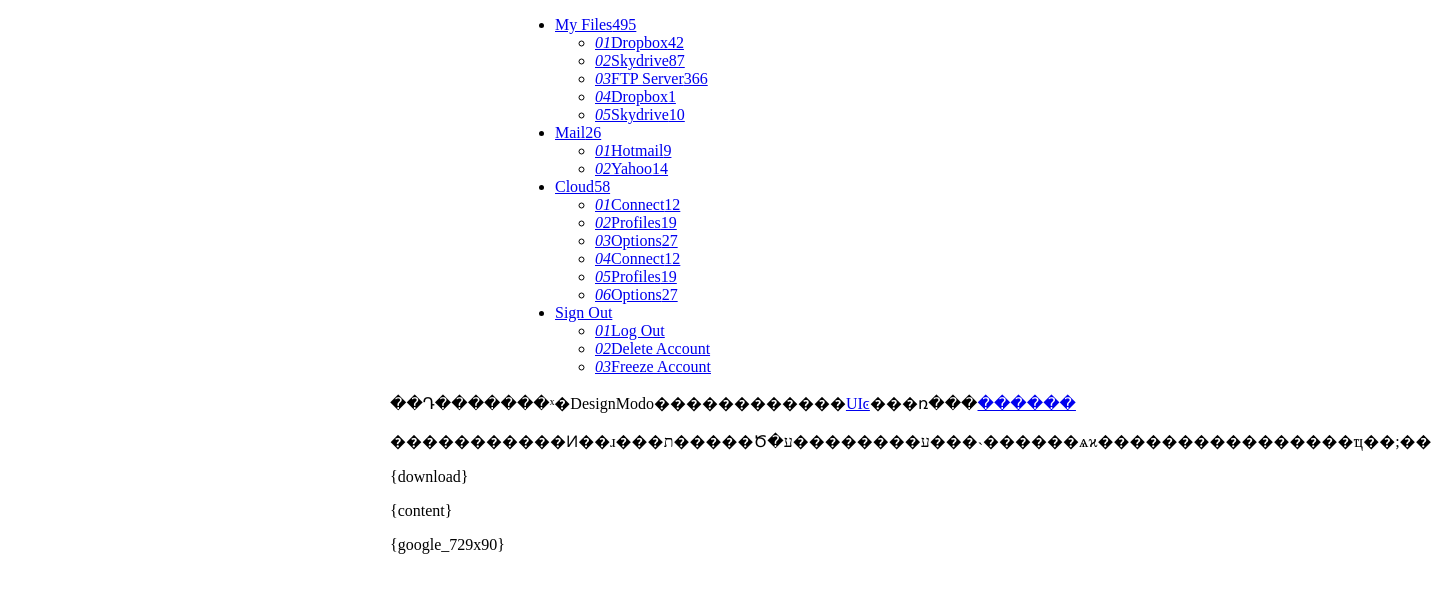
Repository: SolarHalo/dbe
Page: http://localhost/accordion.php
The author's editor kept a copy of each file at every save. The page is drawn from the files as they stood at one save, then again after the next save.
The browser window is 1280 px wide. The page is 1432 px wide, then 1280 px, so the pictures cover 1432 px, including what lies to the right of the window. The pictures show the whole page.
The page is run by PHP 8.4 with error messages shown; the project is at /var/www/html/.

Above is the page before, as saved 2013-03-20 12:27:58.

After the next save:
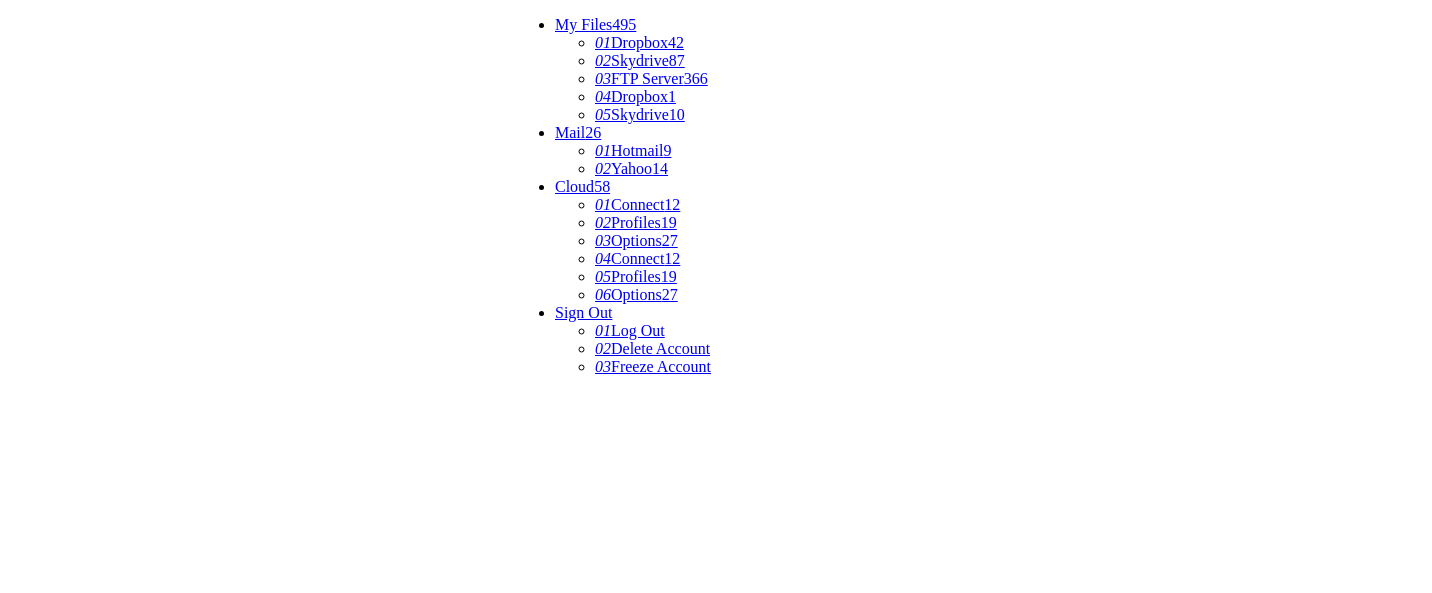
Saved 34 s later.
--- a/test/accordion.php
+++ b/test/accordion.php
@@ -74,10 +74,5 @@ body{width:500px;margin:0 auto}
 			});
 		});
 	</script>
-<p>来源：（懒人）DesignModo　代码整理：<a href="http://www.uiimg.com/" target="_blank">UI图</a>　收集：<a href="http://www.poluoluo.com/" target="_blank">破洛洛</a></p>
-<p>＊尊重他人劳动成果，转载请自觉注明出处！注：此代码仅供学习交流，请勿用于商业用途。</p>
-<p>{download}</p>
-<p>{content}</p>
-<p>{google_729x90}</p>
 </body>
 </html>
